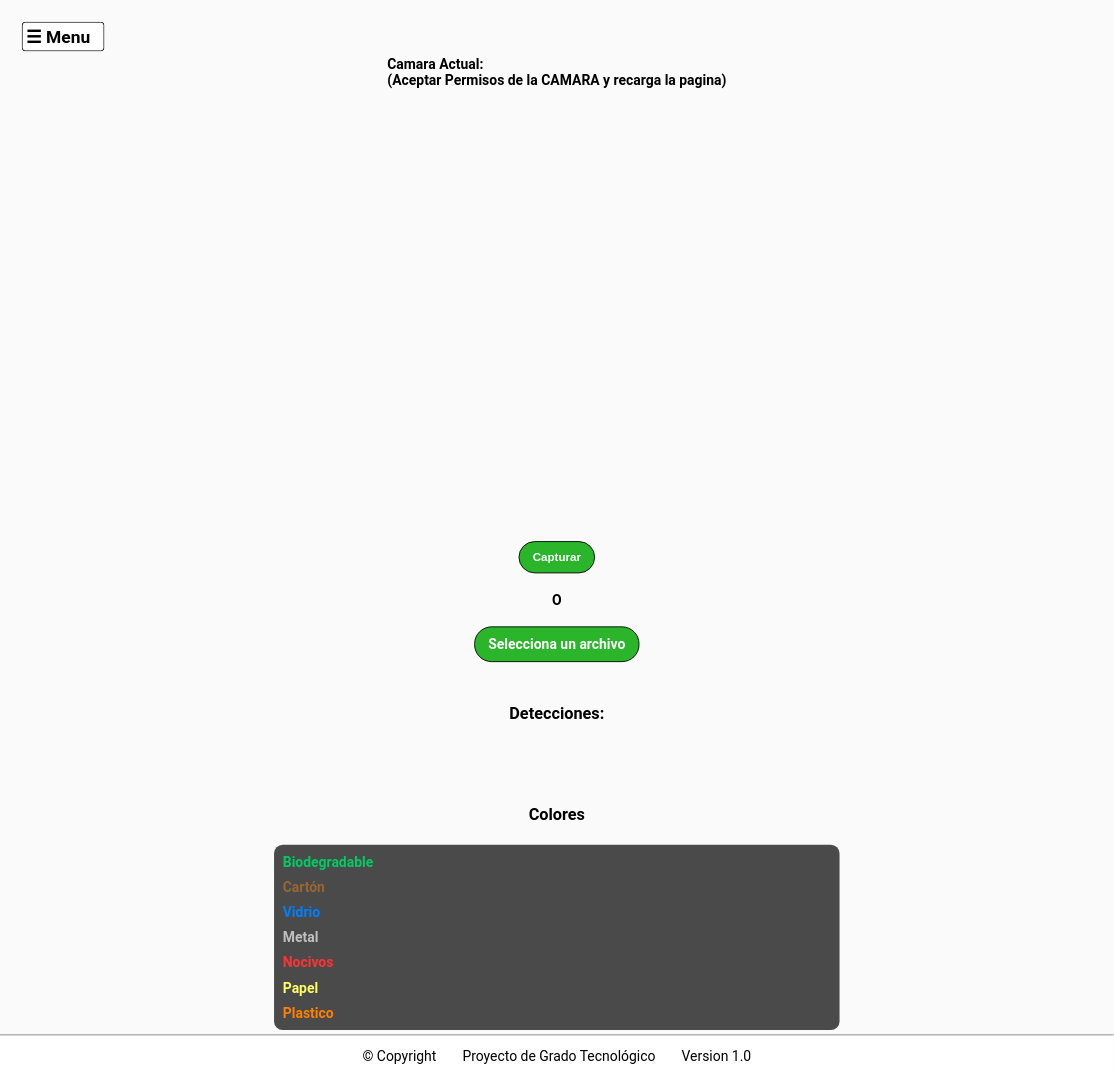
Repository: castecabas/Recicladora
Page: http://localhost/model
An editor plug-in stored every save of this project. The page is shown before and after the next save, followed by the edit.
The browser window is 1280 px wide. The pictures show the whole page, at 87% of full size.
Pictures or frames that could not be fetched are drawn as grey boxes. The page is served by the project's application, run on Flask 3 (src/index.py).

Above is the page before, as saved 2024-12-22 20:51:58.

After the next save:
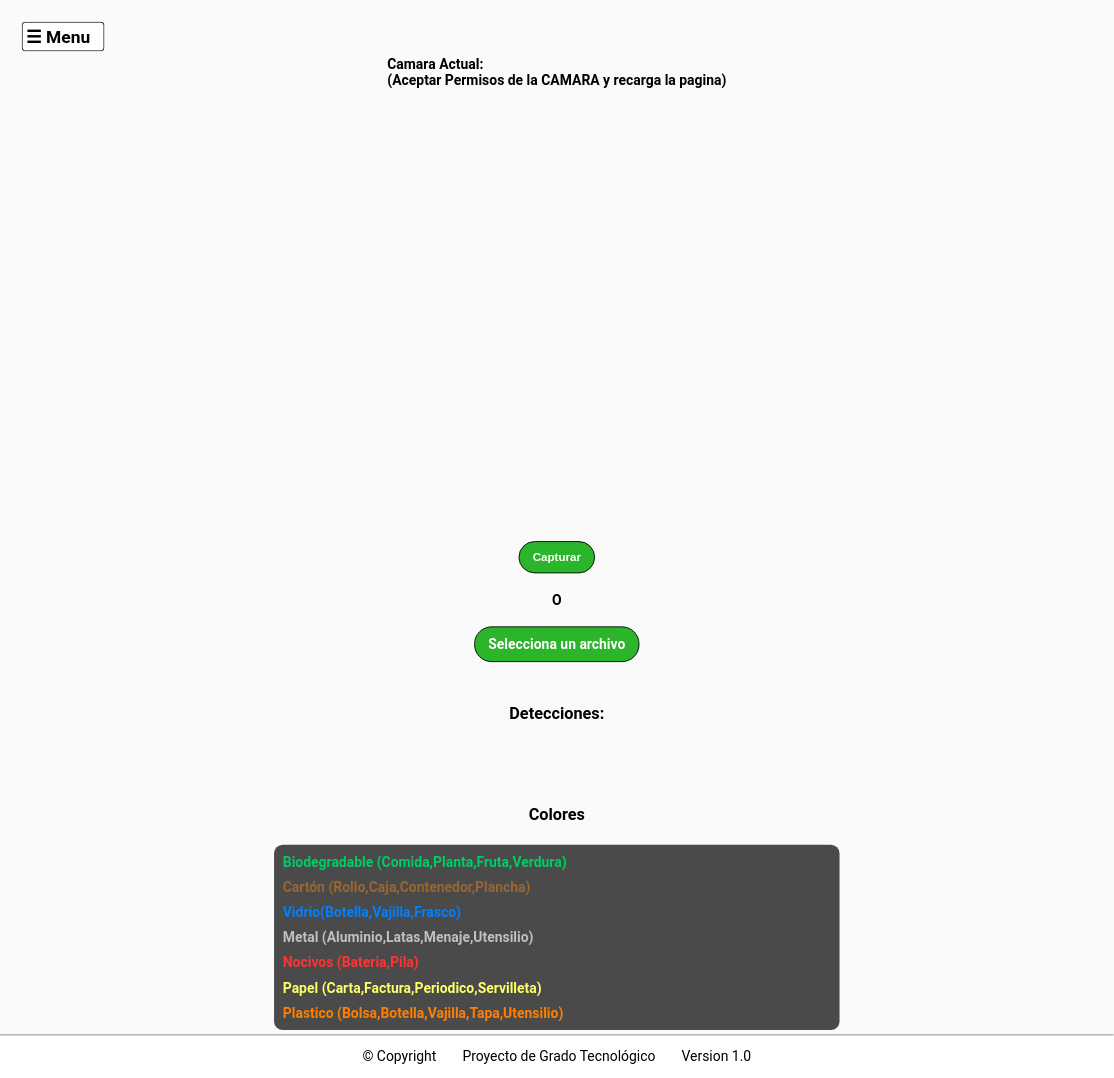
Saved 11 min 21 s later.
--- a/src/templates/model.html
+++ b/src/templates/model.html
@@ -64,13 +64,13 @@
             <div class="colors">
                 <h3>Colores</h3>
                 <ul>
-                    <li class="bio">Biodegradable</li>
-                    <li class="cardb">Cartón</li>
-                    <li class="glass">Vidrio</li>
-                    <li class="metal">Metal</li>
-                    <li class="noxios">Nocivos</li>
-                    <li class="paper">Papel</li>
-                    <li class="plastic">Plastico</li>
+                    <li class="bio">Biodegradable (Comida,Planta,Fruta,Verdura)</li>
+                    <li class="cardb">Cartón (Rollo,Caja,Contenedor,Plancha)</li>
+                    <li class="glass">Vidrio(Botella,Vajilla,Frasco)</li>
+                    <li class="metal">Metal (Aluminio,Latas,Menaje,Utensilio)</li>
+                    <li class="noxios">Nocivos (Bateria,Pila)</li>
+                    <li class="paper">Papel (Carta,Factura,Periodico,Servilleta)</li>
+                    <li class="plastic">Plastico (Bolsa,Botella,Vajilla,Tapa,Utensilio)</li>
                 </ul>
             </div>
         </main>
